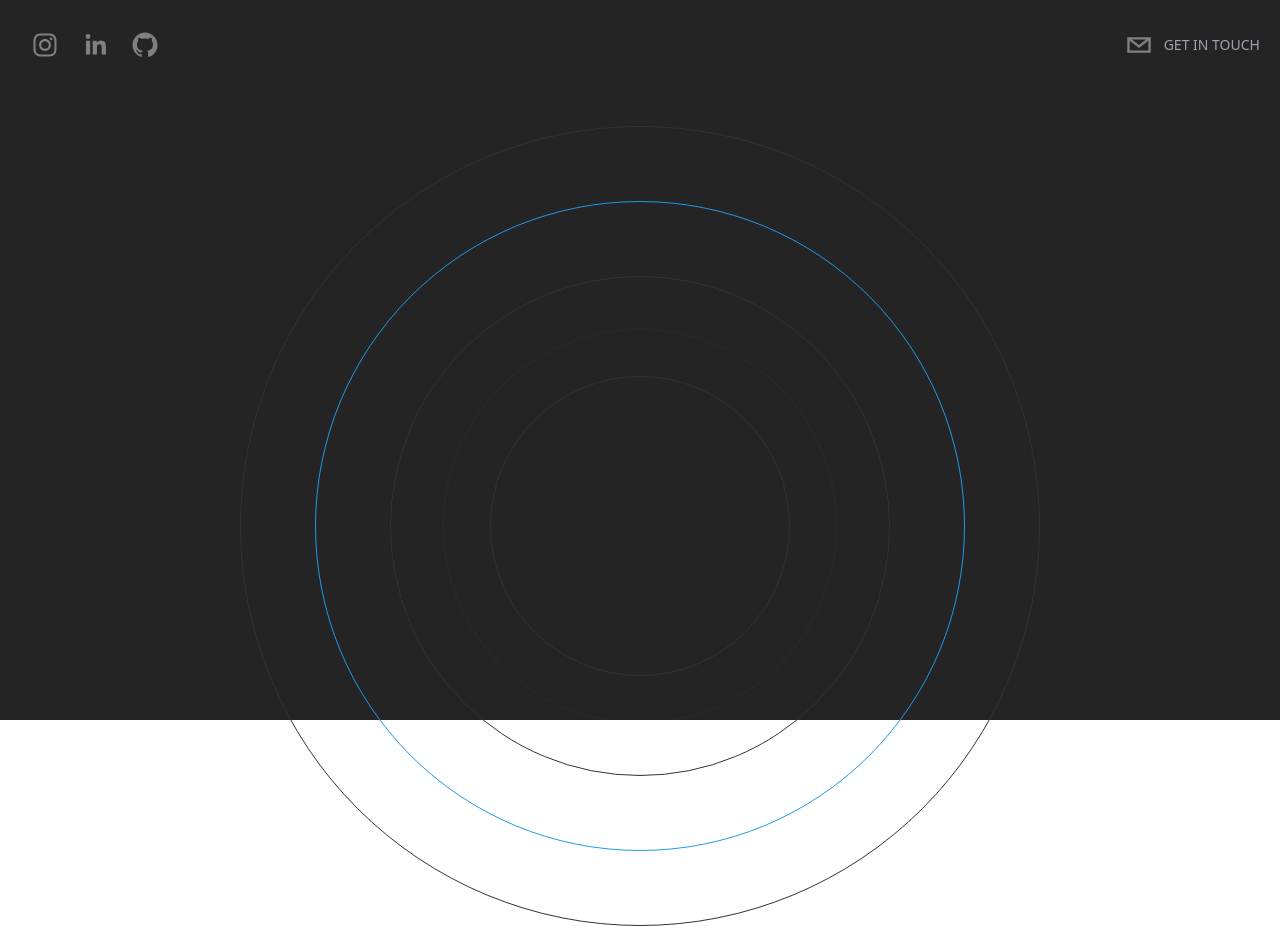
Repository: husainmamuwala/portfolio2.0
Page: /
These files come from the project's save history. The page is drawn as it stood at one moment and after a run of saves; the edit follows.
The browser window is 1280 px wide. The pictures show the whole page.
The project was rebuilt for these pictures with package versions that can differ from the ones it lists, and the page was loaded fresh each time. The framework's server and built-in components were replaced by stand-ins that run in the browser. Also part of the build but not shown: next.config.js.

Above is the page before, as saved 2022-09-17 18:41:58.

After the next 2 saves:
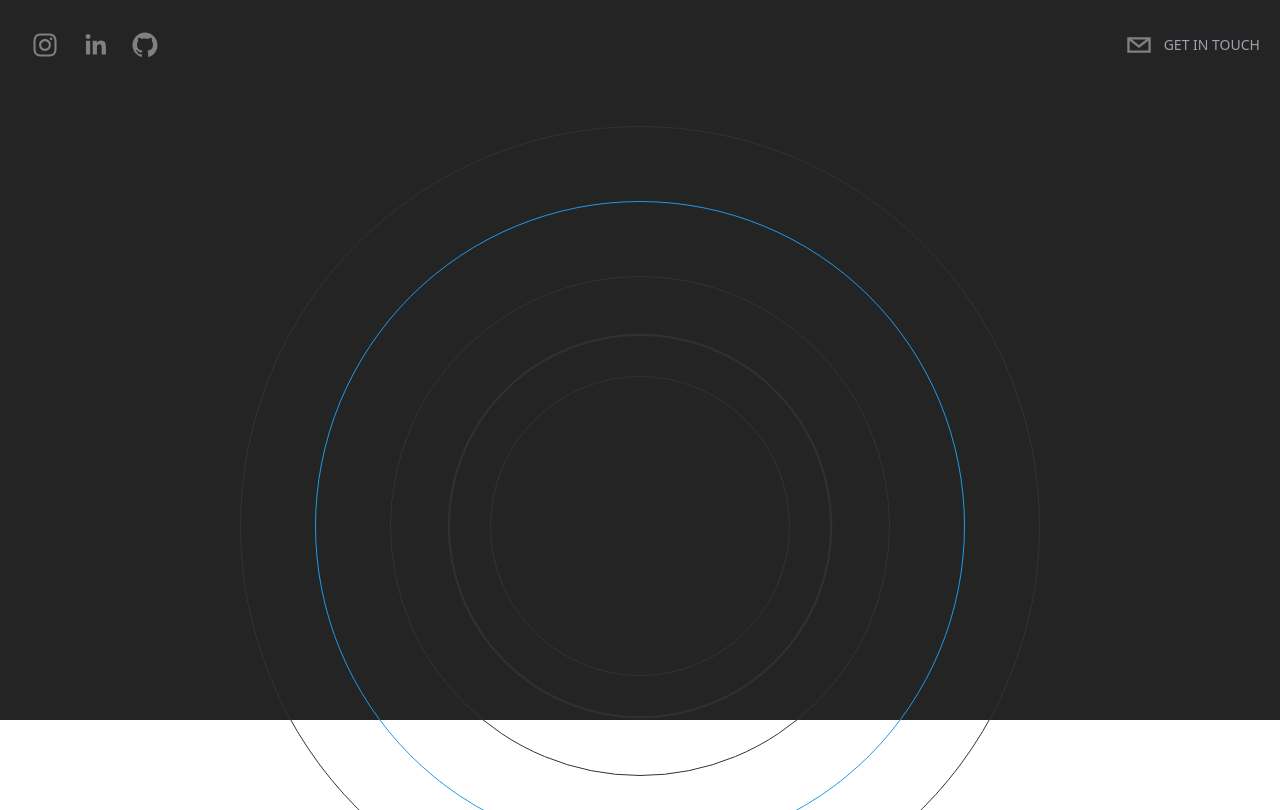
The 2 saves are shown as one change because they came seconds apart.
The last was saved 8 s later.
--- a/components/Hero.tsx
+++ b/components/Hero.tsx
@@ -11,7 +11,7 @@ export default function Hero({}: Props) {
         delaySpeed: 2000,
     });
   return (
-    <div className='h-screen flex flex-col items-center justify-center space-y-8'>
+    <div className='h-screen flex flex-col items-center justify-center space-y-8 overflow-hidden '>
         <BackgroundCircles/>
         <h1>
             <span>{text}</span>
